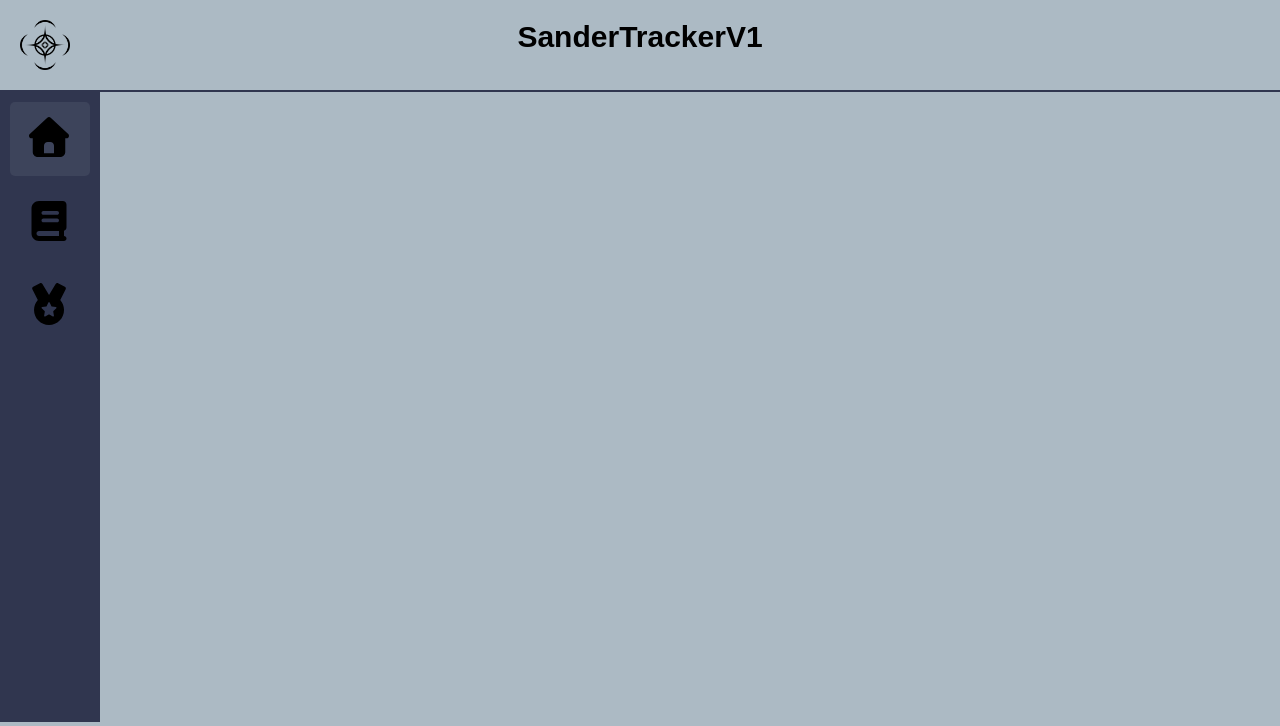
Repository: iocolopus/learn_web
Page: sandertracker_1/index.html
The author's editor kept a copy of each file at every save. The page is drawn from the files as they stood at one save, then again after a run of saves.
The browser window is 1280 px wide. The pictures show the whole page.
After loading, the first visible `#navItem1` was clicked once.

Above is the page before, as saved 2026-02-18 21:12:21.
Console error: TypeError: Cannot read properties of null (reading 'classList')

### sandertracker_1/index.html
<!DOCTYPE html>
<html lang="en">
<head>
    <meta charset="UTF-8">
    <meta name="viewport" content="width=device-width, initial-scale=1.0">
    <title>sandertracker_v1</title>
    <link rel="stylesheet" href="styles.css">
    <link rel="stylesheet" href="styles_section.css">
</head>
<body>
    <header>
        <img src="media/comere_logo.png" alt="logo del cosmere" id="pageLogo">
        <h1 id="headerText">SanderTrackerV1</h1>
    </header>
    <nav class="navBar">
        <div class="navItem inNavItem" id="navItem1">
            <img src="media/house-solid-full.svg" alt="more" class="navIcon">
            <h2 class="navText">Home</h2>
        </div>

        <div class="navItem" id="navItem2">
            <img src="media/book-solid-full.svg" alt="more" class="navIcon">
            <h2 class="navText">Books</h2>
        </div>

        <div class="navItem" id="navItem2">
            <img src="media/medal-solid-full.svg" alt="more" class="navIcon">
            <h2 class="navText">Goals</h2>
        </div>
    </nav>

    <section class="inSection" id="home">
        <h1>Home</h1>
        <p>hola que tal esto es el home de mi pagina web hehe</p>
    </section>

    <section id="books">
        <h1>Books</h1>
        <p>hola que tal esto es el books de mi pagina web hehe</p>
    </section>

        <section id="goals">
        <h1>Goals</h1>
        <p>hola que tal esto es el goals de mi pagina web hehe</p>
    </section>



    <script src="script.js"></script>
</body>
</html>

### sandertracker_1/styles.css
* {
    margin: 0;
    font-family: sans-serif;
}

body {
    background-color: rgb(172, 186, 196);
}

header {
    background-color: rgb(172, 186, 196);
    border-bottom: 2px solid rgb(48, 54, 79);
    height: 90px;
    text-align: left;
    position: relative;
    text-align: center;
}

#pageLogo {
    position: absolute;
    left: 0;
    right: 0;
    margin: 20px;
    display: inline-block;
    width: 50px;

}

#headerText {
    margin-top: 20px;
    font-size: 30px;
    font-weight: 700;
    display: inline-block;
}

.navBar {
    transition: all 0.2s ease;
    display: inline-block;
    background-color: rgb(48, 54, 79);
    height: calc(100vh - 90px);
    width: 100px;
    overflow: hidden;
}

.navBar:hover{
    width: 200px;
}

.navItem.inNavItem{
    background-color: rgba(172, 186, 196, 0.1);
    border-radius: 5px;
}

.navItem:hover{
    margin: 10px;
    padding: 10px;
    cursor: pointer;
    background-color: rgba(172, 186, 196, 0.2) !important;
    border-radius: 5px;
}

.navItem {
    margin: 10px;
    padding: 10px;
}


.navIcon {
    width: 50px;
    margin-left: 4px;
    height: auto;
    display: inline-block;
    fill: rgb(172, 186, 196);
}



.navText{
    display: none;
    margin-left: 20px;
    color: rgb(172, 186, 196);
    transform: translate(0, -60%);
}

.navText.transparent{
    opacity: 0;
    transition: all 0.3s ease;
}

.navText.opaque{
    opacity: 1;
}

.navText.hovered{
    display: inline-block;

    margin-left: 20px;
    color: rgb(172, 186, 196);
    transform: translate(0, -60%);

}

### sandertracker_1/styles_section.css
section {
    display: none;
}

section.inSection {
    text-align: center;
    display: block;
    transform: translateY(-90vh);
}

### sandertracker_1/script.js
const navBar = document.querySelector(".navBar")
const navTexts = document.querySelectorAll(".navText")
const navItems = document.querySelectorAll(".navItem")
let currentinSection = document.querySelector(".inSection")


navBar.addEventListener("mouseenter", () => {
    time_out = setTimeout( () => {
        navTexts.forEach(
        navText => {
            navText.classList.add("hovered")
        }
    )
    }, 130)
})

navBar.addEventListener("mouseleave", () => {
    clearTimeout(time_out)
    navTexts.forEach(
        navText => navText.classList.remove("hovered")
    )
})

navItems.forEach((navItem) =>
    navItem.addEventListener("click", (event) => {
    id_click = event.target.id
    console.log(event.target.id)
    if (id_click == "navItem1"){
        currentinSection.classList.remove("inSection")
        currentinSection = document.querySelector(".home")
        currentinSection.classList.add("inSection")
    }
    else if (id_click == "navItem2"){
        currentinSection.classList.remove("inSection")
        currentinSection.classList.add("books")
        currentinSection = document.querySelector(".books")
        currentinSection.classList.add("inSection")
    }
    else if (id_click == "navItem3"){
        currentinSection.classList.remove("inSection")
        currentinSection.classList.add("goals")
        currentinSection = document.querySelector(".goals")
        currentinSection.classList.add("inSection")
    }

})
)

After the next 2 saves:
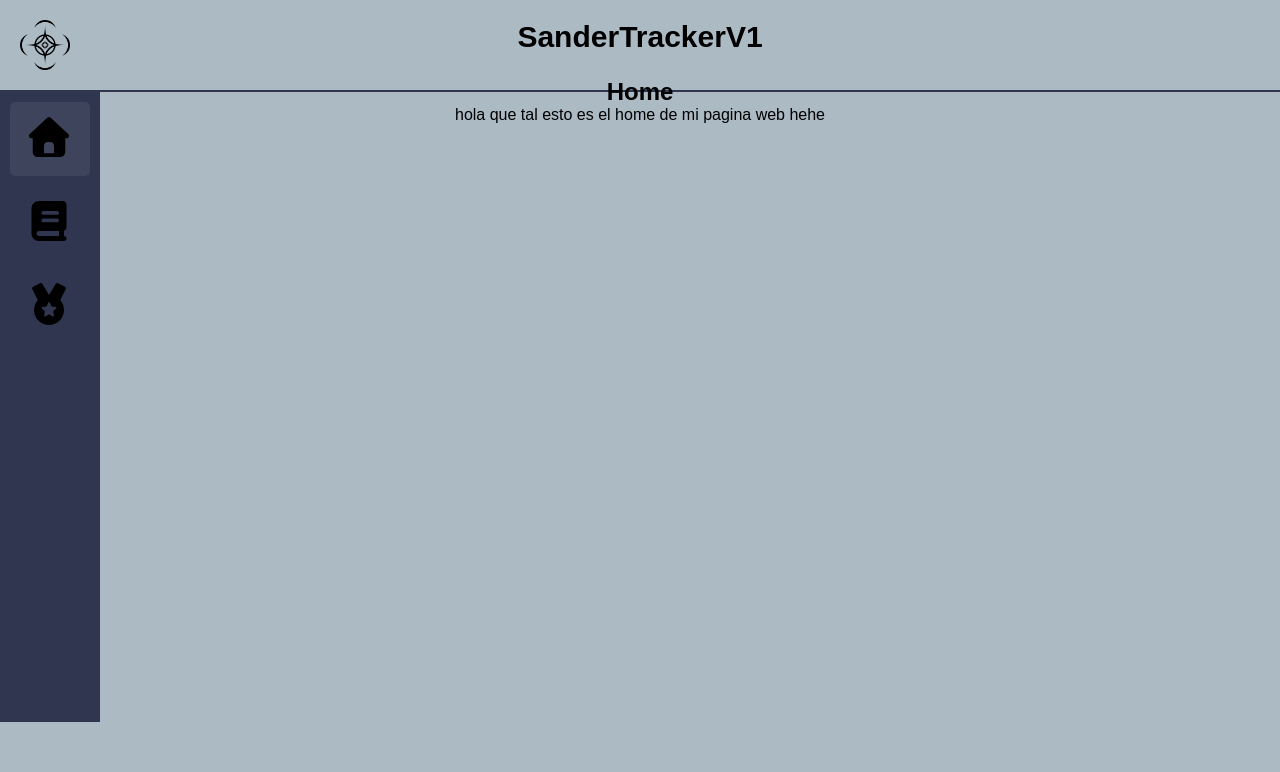
The error is gone.
The 2 saves are shown as one change because they came seconds apart.
The last was saved 7 s later.
--- a/sandertracker_1/script.js
+++ b/sandertracker_1/script.js
@@ -27,7 +27,7 @@ navItems.forEach((navItem) =>
     console.log(event.target.id)
     if (id_click == "navItem1"){
         currentinSection.classList.remove("inSection")
-        currentinSection = document.querySelector(".home")
+        currentinSection = document.querySelector("#home")
         currentinSection.classList.add("inSection")
     }
     else if (id_click == "navItem2"){
